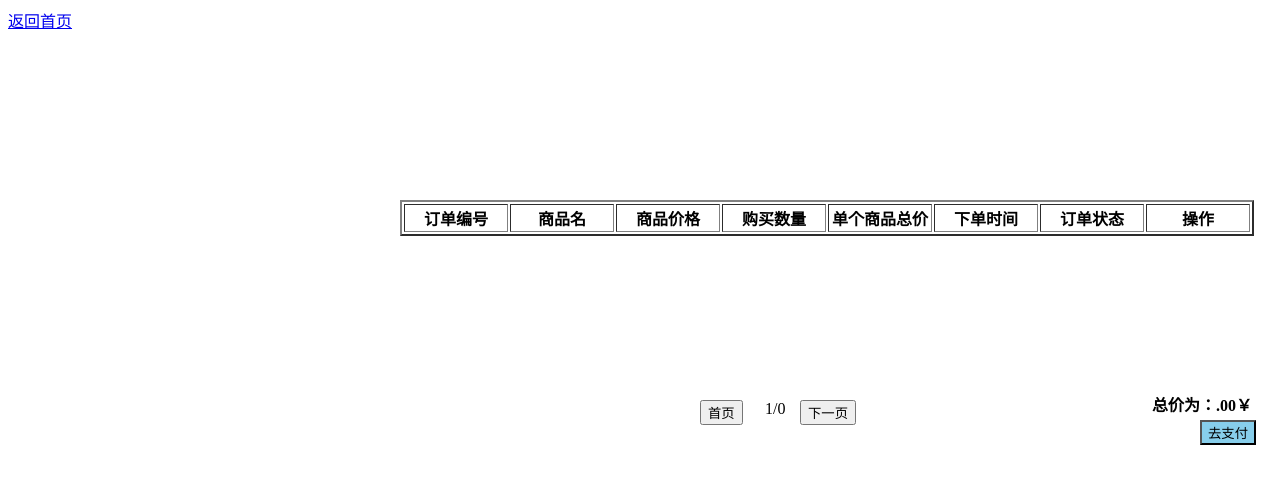
Repository: Gale-student/Gale-student.github.io
Page: http://localhost/weshop/OrdersDetailUnpaidQueryServlet
An editor plug-in stored every save of this project. The page is shown before and after the next save, followed by the edit.
The browser window is 1280 px wide. The pictures show the whole page.
The page is served by Tomcat 9. Queries for data that is not in the repository find no rows.

Above is the page before, as saved 2022-10-05 13:22:08.

After the next save:
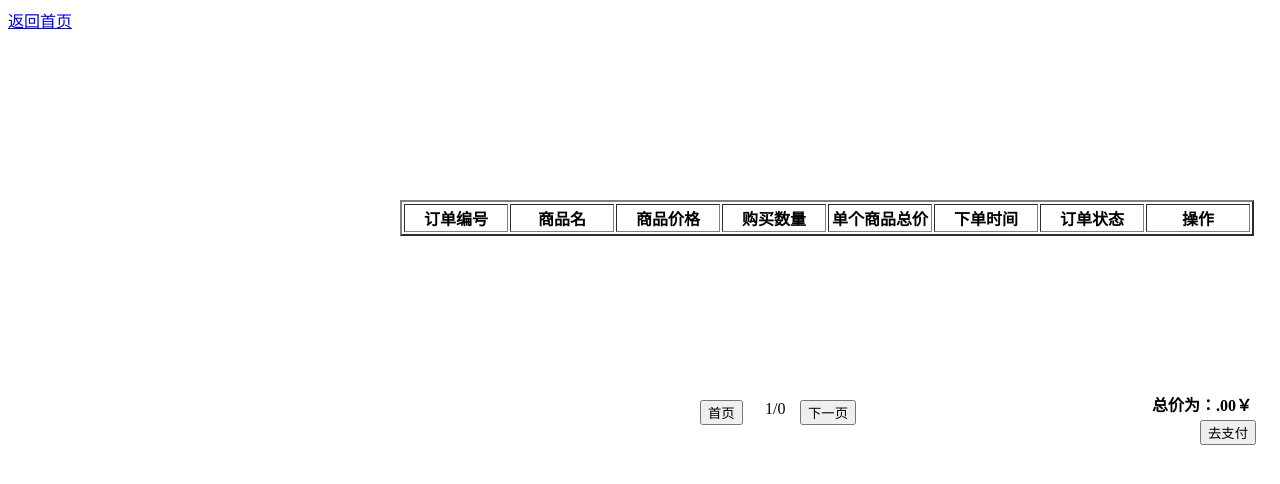
Saved 39 s later.
--- a/WeShop/weshop/WebRoot/WEB-INF/jsp/OrdersUnpaidQueryOfUser.jsp
+++ b/WeShop/weshop/WebRoot/WEB-INF/jsp/OrdersUnpaidQueryOfUser.jsp
@@ -92,7 +92,7 @@ String basePath = request.getScheme()+"://"+request.getServerName()+":"+request.
     </div>
     <label style="position: absolute; left: 1150px; top: 390px;border: 2px solid white; font-weight: bolder;">总价为：<%=totalPrice %>.00￥</label>
     <form action="" method="post">
-        <input style="position: absolute; left: 1200px; top: 420px; background: skyblue; " type="submit" value="去支付">
+        <input style="position: absolute; left: 1200px; top: 420px;" type="submit" value="去支付">
     </form>
   </body>
 </html>
